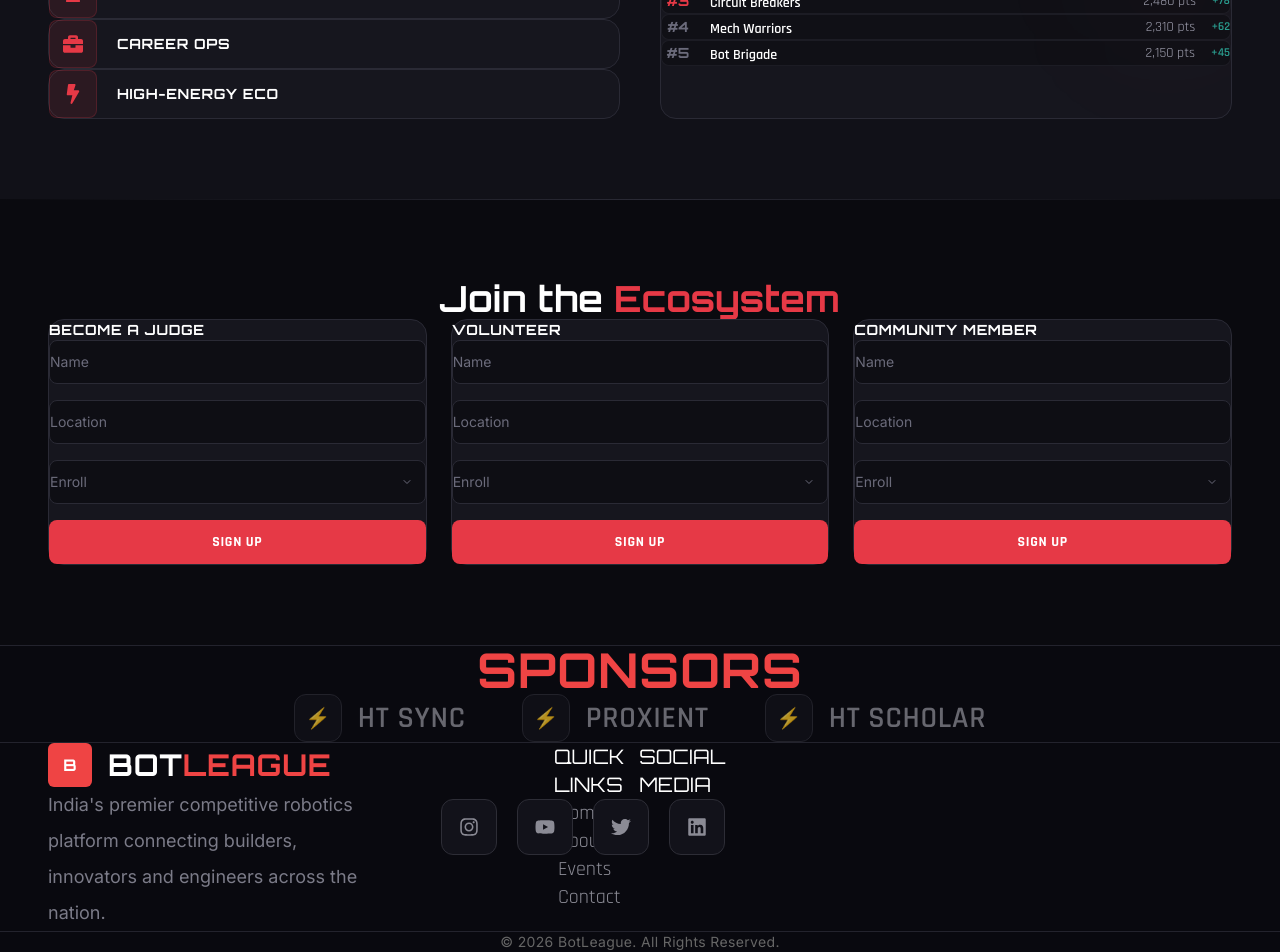
Repository: Debkumar04/botmakers-ai-shopping-assistant
Page: /
These files come from the project's save history. The page is drawn as it stood at one moment and after the next save; the edit follows.
The browser window is 1280 px wide. The pictures show the part of the page from y = 3030 to 3982 px (the page is 3982 px tall).
The project was rebuilt for these pictures with package versions that can differ from the ones it lists, and the page was loaded fresh each time. Also part of the build but not shown: vite.config.ts.

Above is the page before, as saved 2026-07-24 09:31:28.

### index.html
<!doctype html>
<html lang="en">
  <head>
    <meta charset="UTF-8" />
    <link rel="icon" type="image/svg+xml" href="/vite.svg" />
    <meta name="viewport" content="width=device-width, initial-scale=1.0" />
    <meta name="description" content="BotLeague - India's Ultimate Robotics Arena. Build, Compete, and Rise in the world of competitive robotics." />
    <title>BotLeague - India's Ultimate Robotics Arena</title>
    <link rel="preconnect" href="https://fonts.googleapis.com" />
    <link rel="preconnect" href="https://fonts.gstatic.com" crossorigin />
    <link href="https://fonts.googleapis.com/css2?family=Orbitron:wght@400;500;600;700;800;900&family=Rajdhani:wght@300;400;500;600;700&family=Inter:wght@300;400;500;600;700&display=swap" rel="stylesheet" />
  </head>
  <body>
    <div id="root"></div>
    <script type="module" src="/src/main.tsx"></script>
  </body>
</html>

### src/index.css
@import "tailwindcss";

@theme {
  --font-orbitron: "Orbitron", sans-serif;
  --font-rajdhani: "Rajdhani", sans-serif;
  --font-inter: "Inter", sans-serif;
  --color-bg-primary: #0a0a0f;
  --color-bg-secondary: #111118;
  --color-bg-card: #16161e;
  --color-bg-card-hover: #1e1e28;
  --color-accent: #e63946;
  --color-accent-dark: #b71c2a;
  --color-accent-glow: rgba(230, 57, 70, 0.3);
  --color-text-primary: #ffffff;
  --color-text-secondary: #a0a0b0;
  --color-text-muted: #6b6b7b;
  --color-border: #2a2a35;
  --color-border-accent: #e63946;
}

* {
  margin: 0;
  padding: 0;
  box-sizing: border-box;
}

body {
  font-family: "Inter", sans-serif;
  background-color: #0a0a0f;
  color: #ffffff;
  overflow-x: hidden;
}

::-webkit-scrollbar {
  width: 6px;
}

::-webkit-scrollbar-track {
  background: #0a0a0f;
}

::-webkit-scrollbar-thumb {
  background: #e63946;
  border-radius: 3px;
}

::selection {
  background: rgba(230, 57, 70, 0.4);
  color: #ffffff;
}

.page-container {
  max-width: 1280px;
  margin-left: auto;
  margin-right: auto;
  padding-left: 20px;
  padding-right: 20px;
}

@media (min-width: 768px) {
  .page-container {
    padding-left: 32px;
    padding-right: 32px;
  }
}

@media (min-width: 1024px) {
  .page-container {
    padding-left: 48px;
    padding-right: 48px;
  }
}

.section-py {
  padding-top: 48px;
  padding-bottom: 48px;
}

@media (min-width: 768px) {
  .section-py {
    padding-top: 64px;
    padding-bottom: 64px;
  }
}

@media (min-width: 1024px) {
  .section-py {
    padding-top: 80px;
    padding-bottom: 80px;
  }
}

.btn-primary {
  height: 44px;
  padding-left: 24px;
  padding-right: 24px;
  border-radius: 10px;
  transition: all 300ms cubic-bezier(0.4, 0, 0.2, 1);
}

.btn-primary:hover {
  transform: translateY(-2px);
}

.btn-secondary {
  height: 44px;
  padding-left: 24px;
  padding-right: 24px;
  border-radius: 10px;
  transition: all 300ms cubic-bezier(0.4, 0, 0.2, 1);
}

.btn-secondary:hover {
  transform: translateY(-2px);
}

.card-base {
  border-radius: 16px;
  border-color: #2a2a35;
  transition: all 300ms cubic-bezier(0.4, 0, 0.2, 1);
}

.page-container {
    max-width: 1280px;
    margin-inline: auto;
    padding-inline: 48px;
}

@media (max-width: 1024px) {
  .page-container {
    padding-inline: 32px;
  }
}

@media (max-width: 768px) {
  .page-container {
    padding-inline: 20px;
  }
}

### src/App.tsx
import Navbar from "./components/layout/Navbar";
import Footer from "./components/layout/Footer";
import Hero from "./components/sections/Hero";
import Competitions from "./components/sections/Competitions";
import PathToLeague from "./components/sections/PathToLeague";
import WhatIsBotLeague from "./components/sections/WhatIsBotLeague";
import Categories from "./components/sections/Categories";
import Disciplines from "./components/sections/Disciplines";
import WhyRegister from "./components/sections/WhyRegister";
import JoinEcosystem from "./components/sections/JoinEcosystem";

export default function App() {
  return (
    <div className="min-h-screen bg-[#0a0a0f]">
      <Navbar />
      <main>
        <Hero />
        <Competitions />
        <PathToLeague />
        <WhatIsBotLeague />
        <Categories />
        <Disciplines />
        <WhyRegister />
        <JoinEcosystem />
      </main>
      <Footer />
    </div>
  );
}

### src/components/layout/Footer.tsx
import { FOOTER_LINKS, SPONSORS } from "../../constants/data";
import { FaInstagram, FaYoutube, FaTwitter, FaLinkedin } from "react-icons/fa";

const socialIcons: Record<string, React.ReactNode> = {
  Instagram: <FaInstagram />,
  YouTube: <FaYoutube />,
  Twitter: <FaTwitter />,
  LinkedIn: <FaLinkedin />,
};

export default function Footer() {
  return (
    <footer className="bg-[#09090F] border-t border-[#23232d]">
      {/* Sponsors */}
      <div className="page-container pt-20">
        <h2 className="font-[Orbitron] text-center text-5xl font-bold uppercase tracking-wide">
          <span className="text-[#ef4444]">Sponsors</span>
        </h2>

        <div className="mt-10 flex flex-wrap justify-center items-center gap-14">
          {SPONSORS.map((sponsor) => (
            <div
              key={sponsor.name}
              className="flex items-center gap-4 opacity-70 hover:opacity-100 transition duration-300"
            >
              <div className="w-12 h-12 rounded-xl border border-[#2d2d36] bg-[#12121a] flex items-center justify-center">
                <span className="text-[#ef4444] text-xl">⚡</span>
              </div>

              <span className="font-[Rajdhani] text-3xl font-semibold text-[#8f8f98] uppercase tracking-wide">
                {sponsor.logo}
              </span>
            </div>
          ))}
        </div>
      </div>

      {/* Divider */}

      <div className="mt-16 border-t border-[#23232d]" />

      {/* Footer */}

      <div className="page-container py-16">
        <div className="grid grid-cols-1 lg:grid-cols-12 gap-8 items-start">
          {/* Left */}

          <div className="lg:col-span-5">
            <div className="flex items-center gap-4 mb-8">
              <div className="w-11 h-11 rounded-md bg-[#ef4444] flex items-center justify-center">
                <span className="font-[Orbitron] text-white font-bold">B</span>
              </div>

              <h2 className="font-[Orbitron] text-3xl font-bold tracking-wide">
                <span className="text-white">BOT</span>
                <span className="text-[#ef4444]">LEAGUE</span>
              </h2>
            </div>

            <p className="max-w-[320px] text-[#7b7b88] text-lg leading-9">
              India's premier competitive robotics platform connecting builders,
              innovators and engineers across the nation.
            </p>
          </div>

          {/* Center */}

          <div className="flex flex-col items-center">
            <h3 className="font-[Orbitron] text-white uppercase text-xl mb-8">
              Quick Links
            </h3>

            <ul className="space-y-5">
              {FOOTER_LINKS.quickLinks.map((item) => (
                <li key={item.label}>
                  <a
                    href={item.href}
                    className="text-[#8b8b95] text-xl font-[Rajdhani] hover:text-[#ef4444] transition"
                  >
                    {item.label}
                  </a>
                </li>
              ))}
            </ul>
          </div>

          {/* Right */}

          <div className="flex flex-col items-end">
            <h3 className="font-[Orbitron] text-white uppercase text-xl mb-8">
              Social Media
            </h3>

            <div className="flex gap-5">
              {FOOTER_LINKS.socialMedia.map((item) => (
                <a
                  key={item.label}
                  href={item.href}
                  className="w-14 h-14 rounded-xl border border-[#2d2d36] bg-[#12121a] flex items-center justify-center text-[#8b8b95] text-xl hover:border-[#ef4444] hover:text-[#ef4444] transition-all duration-300"
                >
                  {socialIcons[item.label]}
                </a>
              ))}
            </div>
          </div>
        </div>
      </div>

      {/* Copyright */}

      <div className="border-t border-[#23232d]">
        <div className="page-container py-6 text-center">
          <p className="text-[#666] text-sm tracking-wide">
            © 2026 BotLeague. All Rights Reserved.
          </p>
        </div>
      </div>
    </footer>
  );
}

### src/components/sections/Hero.tsx
export default function Hero() {
  return (
    <section className="relative min-h-screen flex items-center overflow-hidden">
      <div className="absolute inset-0 z-0">
        <img
          src="https://images.unsplash.com/photo-1485827404703-89b55fcc595e?w=1920&h=1080&fit=crop"
          alt="Robotics Arena"
          className="w-full h-full object-cover opacity-30"
        />
        <div className="absolute inset-0 bg-gradient-to-r from-[#0a0a0f] via-[#0a0a0f]/80 to-transparent" />
        <div className="absolute inset-0 bg-gradient-to-t from-[#0a0a0f] via-transparent to-[#0a0a0f]/60" />
        <div className="absolute top-0 right-0 w-1/2 h-full bg-gradient-to-l from-[#e63946]/10 to-transparent" />
        <div className="absolute bottom-0 left-1/4 w-96 h-96 bg-[#e63946]/5 rounded-full blur-[120px]" />
      </div>

      <div className="relative z-10 page-container py-12 flex flex-col justify-center min-h-[calc(100vh-80px)]">
        <div className="max-w-[600px] mx-auto text-center flex flex-col items-center">
          <div className="inline-flex items-center gap-2 px-4 py-1.5 bg-[#e63946]/10 border border-[#e63946]/30 rounded-full mb-[20px]">
            <span className="w-2 h-2 bg-[#e63946] rounded-full animate-pulse" />
            <span className="font-[Rajdhani] text-[#e63946] text-xs font-semibold uppercase tracking-widest">
              Season 2026 Live
            </span>
          </div>

          <h1 className="font-[Orbitron] text-4xl sm:text-5xl md:text-6xl lg:text-7xl font-black text-white leading-[1.1] mb-[24px]">
            INDIA&apos;S ULTIMATE{" "}
            <span className="text-[#e63946]">ROBOTICS</span>{" "}
            <span className="block">ARENA</span>
          </h1>

          <p className="font-[Rajdhani] text-lg md:text-xl text-[#a0a0b0] font-medium mb-[36px] leading-relaxed">
            Build. Compete. Rise. The Nation&apos;s
            <br />
            Premier Robotics Platform for Builders.
          </p>

          <div className="flex flex-wrap gap-[16px] justify-center items-center">
            <a
              href="#events"
              className="group relative inline-flex items-center justify-center gap-2 px-[24px] h-[44px] bg-[#e63946] font-[Rajdhani] text-white text-base font-bold uppercase tracking-wider rounded-[10px] overflow-hidden transition-all duration-300 hover:bg-[#b71c2a] hover:-translate-y-[2px] hover:shadow-[0_0_30px_rgba(230,57,70,0.4)]"
            >
              <span className="relative z-10">Join Now</span>
              <span className="relative z-10 group-hover:translate-x-1 transition-transform">→</span>
            </a>
            <a
              href="#about"
              className="inline-flex items-center justify-center gap-2 px-[24px] h-[44px] border border-[#2a2a35] font-[Rajdhani] text-white text-base font-bold uppercase tracking-wider rounded-[10px] hover:border-[#e63946]/50 hover:bg-[#e63946]/5 hover:-translate-y-[2px] transition-all duration-300"
            >
              Explore
            </a>
          </div>
        </div>
      </div>

      <div className="absolute bottom-0 left-0 w-full h-px bg-gradient-to-r from-transparent via-[#e63946]/50 to-transparent" />
    </section>
  );
}

### src/components/sections/PathToLeague.tsx
import { PATH_STEPS } from "../../constants/data";
import SectionHeading from "../ui/SectionHeading";
import { FaWrench, FaTrophy, FaStar, FaChartLine, FaCrown } from "react-icons/fa";

const iconMap: Record<string, React.ReactNode> = {
  wrench: <FaWrench />,
  trophy: <FaTrophy />,
  star: <FaStar />,
  "trending-up": <FaChartLine />,
  crown: <FaCrown />,
};

export default function PathToLeague() {
  return (
    <section className="section-py bg-[#111118] relative">
      <div className="absolute top-0 left-0 w-full h-px bg-gradient-to-r from-transparent via-[#2a2a35] to-transparent" />

      <div className="page-container">
        <SectionHeading tag="Getting Started" title="Your Path to" highlight="the League" />

        {/* Timeline — max-width 1200px, centered */}
        <div className="mt-10 mx-auto relative" style={{ maxWidth: "1200px" }}>

          {/* Horizontal connector line — runs center-to-center of first and last circle.
              Each of 5 equal cols is 20% wide; circle center sits at 10% and 90%. */}
          <div
            className="hidden lg:block absolute h-px bg-gradient-to-r from-[#e63946]/20 via-[#e63946]/40 to-[#e63946]/20"
            style={{ top: "40px", left: "10%", right: "10%" }}
          />

          {/* Five steps — equal columns, no extra gap on desktop */}
          <div className="grid grid-cols-2 sm:grid-cols-3 lg:grid-cols-5 gap-6 lg:gap-0">
            {PATH_STEPS.map((step, index) => (
              <div
                key={step.title}
                className="flex flex-col items-center text-center group"
              >
                {/* Circle — 80px, badge 24px */}
                <div className="relative shrink-0">
                  <div className="w-[80px] h-[80px] rounded-full bg-[#16161e] border-2 border-[#2a2a35] flex items-center justify-center text-2xl text-[#e63946] group-hover:border-[#e63946] group-hover:shadow-[0_0_20px_rgba(230,57,70,0.3)] transition-all duration-300">
                    {iconMap[step.icon]}
                  </div>
                  <span className="absolute -top-1.5 -right-1.5 w-[24px] h-[24px] bg-[#e63946] rounded-full flex items-center justify-center text-white text-xs font-[Rajdhani] font-bold">
                    {index + 1}
                  </span>
                </div>

                {/* Heading — 16px below circle */}
                <h3 className="font-[Orbitron] text-xs font-bold text-white uppercase tracking-wider mt-[16px]">
                  {step.title}
                </h3>

                {/* Description — 8px below heading */}
                <p className="font-[Inter] text-[#6b6b7b] text-xs leading-relaxed mt-[8px]">
                  {step.description}
                </p>
              </div>
            ))}
          </div>
        </div>
      </div>
    </section>
  );
}

### src/components/sections/WhatIsBotLeague.tsx
import { FEATURES } from "../../constants/data";
import SectionHeading from "../ui/SectionHeading";

export default function WhatIsBotLeague() {
  return (
    <section id="about" className="section-py bg-[#0a0a0f] relative">
      <div className="absolute top-0 left-0 w-full h-px bg-gradient-to-r from-transparent via-[#2a2a35] to-transparent" />

      <div className="page-container">
        <SectionHeading title="What is" highlight="BotLeague?" />

        {/* gap-[24px], equal-height rows via items-stretch */}
        <div className="grid grid-cols-1 sm:grid-cols-2 gap-[24px] mt-12">
          {FEATURES.map((feature) => (
            <div
              key={feature.title}
              className="group flex items-start gap-4 p-[20px] bg-[#16161e] border border-[#2a2a35] rounded-[16px] hover:border-[#e63946]/30 transition-all duration-300 h-full"
            >
              {/* Number box — shrink-0 keeps it from squishing, no vertical stretch */}
              <div className="shrink-0 w-10 h-10 bg-[#e63946]/10 border border-[#e63946]/20 rounded-lg flex items-center justify-center">
                <span className="font-[Orbitron] text-[#e63946] text-base font-bold">
                  {feature.number}
                </span>
              </div>

              {/* Text block — heading top-aligns with the number box */}
              <div className="min-w-0">
                <h3 className="font-[Orbitron] text-sm font-bold text-white uppercase tracking-wider">
                  {feature.title}
                </h3>
                <p className="font-[Inter] text-[#6b6b7b] text-sm leading-relaxed mt-2 max-w-[90%]">
                  {feature.description}
                </p>
              </div>
            </div>
          ))}
        </div>
      </div>
    </section>
  );
}

### src/components/sections/Categories.tsx
import { CATEGORIES } from "../../constants/data";
import SectionHeading from "../ui/SectionHeading";

export default function Categories() {
  return (
    <section id="categories" className="section-py bg-[#111118] relative">
      <div className="absolute top-0 left-0 w-full h-px bg-gradient-to-r from-transparent via-[#2a2a35] to-transparent" />

      <div className="page-container">
        <SectionHeading title="CATEGORIES" />

        <div className="grid grid-cols-2 lg:grid-cols-4 gap-[24px] mt-12">
          {CATEGORIES.map((category) => (
            <div
              key={category.title}
              className="group relative p-[24px] bg-[#16161e] border border-[#2a2a35] rounded-[16px] flex flex-col items-center text-center hover:border-opacity-60 transition-all duration-300 overflow-hidden h-full"
              style={{
                ["--cat-color" as string]: category.color,
              }}
            >
              <div
                className="absolute inset-0 opacity-0 group-hover:opacity-100 transition-opacity duration-500"
                style={{
                  background: `radial-gradient(circle at center, ${category.color}08 0%, transparent 70%)`,
                }}
              />
              <div className="relative z-10 flex flex-col items-center w-full">
                <div
                  className="w-16 h-16 shrink-0 rounded-2xl flex items-center justify-center text-3xl border"
                  style={{
                    backgroundColor: `${category.color}15`,
                    borderColor: `${category.color}30`,
                  }}
                >
                  {category.icon}
                </div>
                <h3 className="font-[Orbitron] text-sm font-bold text-white uppercase tracking-wider mt-[20px]">
                  {category.title}
                </h3>
                <p className="font-[Rajdhani] text-[#6b6b7b] text-sm font-medium mt-[10px]">
                  {category.age}
                </p>
              </div>
            </div>
          ))}
        </div>
      </div>
    </section>
  );
}

### src/components/sections/Disciplines.tsx
import { DISCIPLINES } from "../../constants/data";
import SectionHeading from "../ui/SectionHeading";

export default function Disciplines() {
  return (
    <section id="disciplines" className="section-py bg-[#0a0a0f] relative">
      <div className="absolute top-0 left-0 w-full h-px bg-gradient-to-r from-transparent via-[#2a2a35] to-transparent" />

      <div className="page-container">
        <SectionHeading tag="Events" title="Competition" highlight="Disciplines" />

        <div className="grid grid-cols-2 sm:grid-cols-3 lg:grid-cols-5 gap-[24px] mt-12">
          {DISCIPLINES.map((discipline) => (
            <div
              key={discipline.title}
              className="group relative rounded-[16px] overflow-hidden aspect-[16/10] sm:aspect-[4/5] cursor-pointer card-base border border-[#2a2a35] h-full"
            >
              <img
                src={discipline.image}
                alt={discipline.title}
                className="w-full h-full object-cover group-hover:scale-110 transition-transform duration-500"
              />
              <div className="absolute inset-0 bg-gradient-to-t from-[#0a0a0f] via-[#0a0a0f]/40 to-transparent" />
              <div className="absolute inset-0 bg-[#e63946]/0 group-hover:bg-[#e63946]/10 transition-colors duration-300" />
              <div className="absolute bottom-0 left-0 right-0 p-[16px]">
                <h3 className="font-[Orbitron] text-xs sm:text-sm font-bold text-white uppercase tracking-wider">
                  {discipline.title}
                </h3>
              </div>
              <div className="absolute top-3 right-3 w-8 h-8 bg-[#e63946]/80 rounded-full flex items-center justify-center opacity-0 group-hover:opacity-100 transition-opacity duration-300">
                <span className="text-white text-xs">→</span>
              </div>
            </div>
          ))}
        </div>
      </div>
    </section>
  );
}

### src/components/ui/SectionHeading.tsx
interface SectionHeadingProps {
  tag?: string;
  title: string;
  highlight?: string;
  centered?: boolean;
}

export default function SectionHeading({
  tag,
  title,
  highlight,
  centered = true,
}: SectionHeadingProps) {
  return (
    <div className={centered ? "text-center" : ""}>
      {tag && (
        <span className="inline-block font-[Rajdhani] text-[#e63946] text-xs font-semibold uppercase tracking-[0.3em] mb-2">
          {tag}
        </span>
      )}
      <h2 className="font-[Orbitron] text-2xl md:text-3xl lg:text-4xl font-bold text-white">
        {title}{" "}
        {highlight && <span className="text-[#e63946]">{highlight}</span>}
      </h2>
    </div>
  );
}

Loaded but not shown: src/main.tsx (common file); src/constants/data.ts (189 lines, source omitted); src/components/layout/Navbar.tsx (115 lines, source omitted); src/components/sections/WhyRegister.tsx (91 lines, source omitted); src/components/sections/Competitions.tsx (95 lines, source omitted); src/components/sections/JoinEcosystem.tsx (75 lines, source omitted)

After the next save:
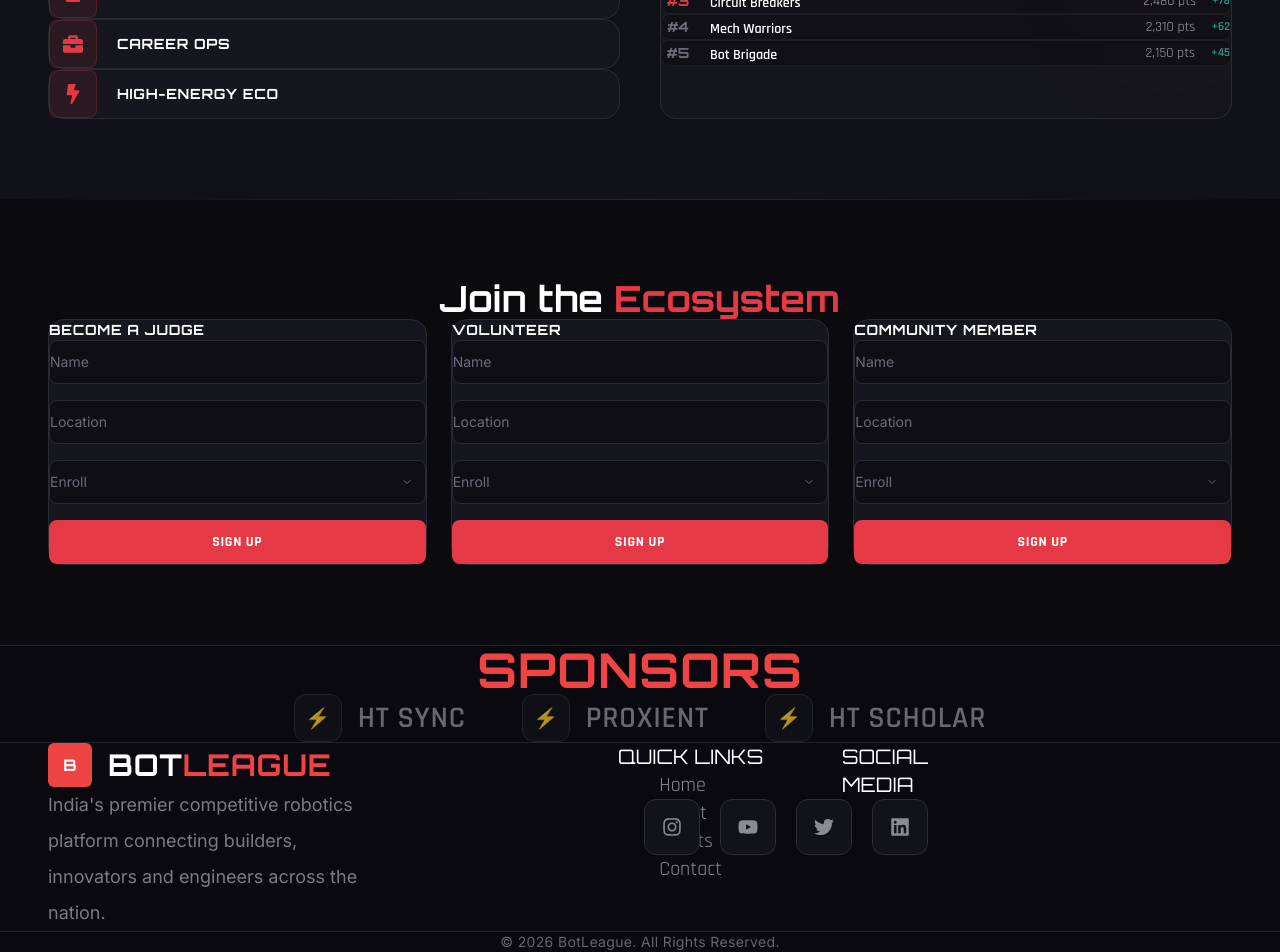
Saved 33 s later.
--- a/src/components/layout/Footer.tsx
+++ b/src/components/layout/Footer.tsx
@@ -65,7 +65,7 @@ export default function Footer() {
 
           {/* Center */}
 
-          <div className="flex flex-col items-center">
+          <div className="lg:col-span-3 flex flex-col items-center">
             <h3 className="font-[Orbitron] text-white uppercase text-xl mb-8">
               Quick Links
             </h3>
